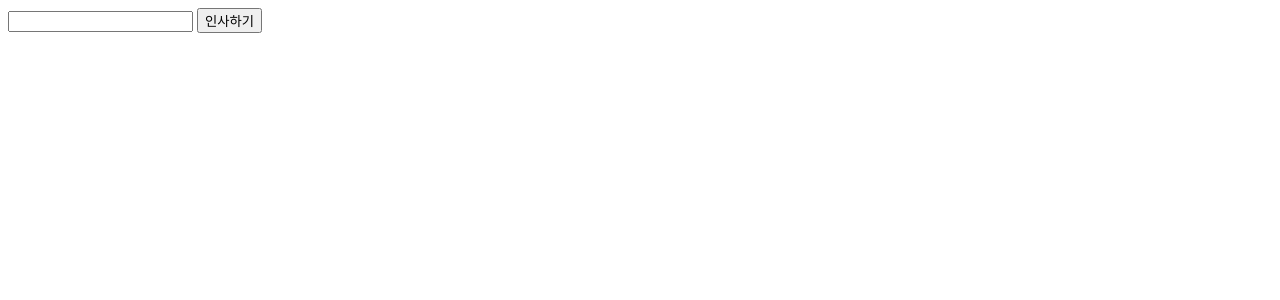
Repository: mvcfvsgdj/javaee
Page: prj0828/src/main/webapp/요청2.html
An editor plug-in stored every save of this project. The page is shown before and after the next save, followed by the edit.
The browser window is 1280 px wide. The pictures show the whole page.

Above is the page before, as saved 2023-08-28 00:46:45.

After the next save:
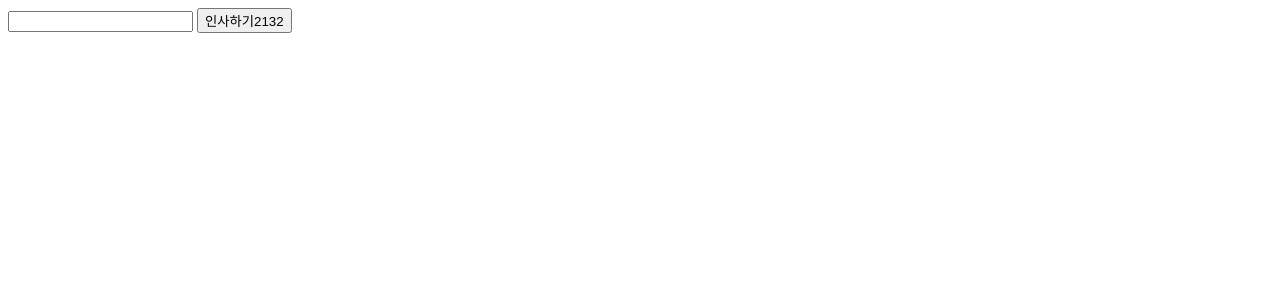
Saved 17 s later.
--- a/prj0828/src/main/webapp/요청2.html
+++ b/prj0828/src/main/webapp/요청2.html
@@ -7,6 +7,6 @@
 </head>
 <body>
 <input type="text">
-<button onclick="hi()">인사하기</button>
+<button onclick="hi()">인사하기2132</button>
 </body>
 </html>
